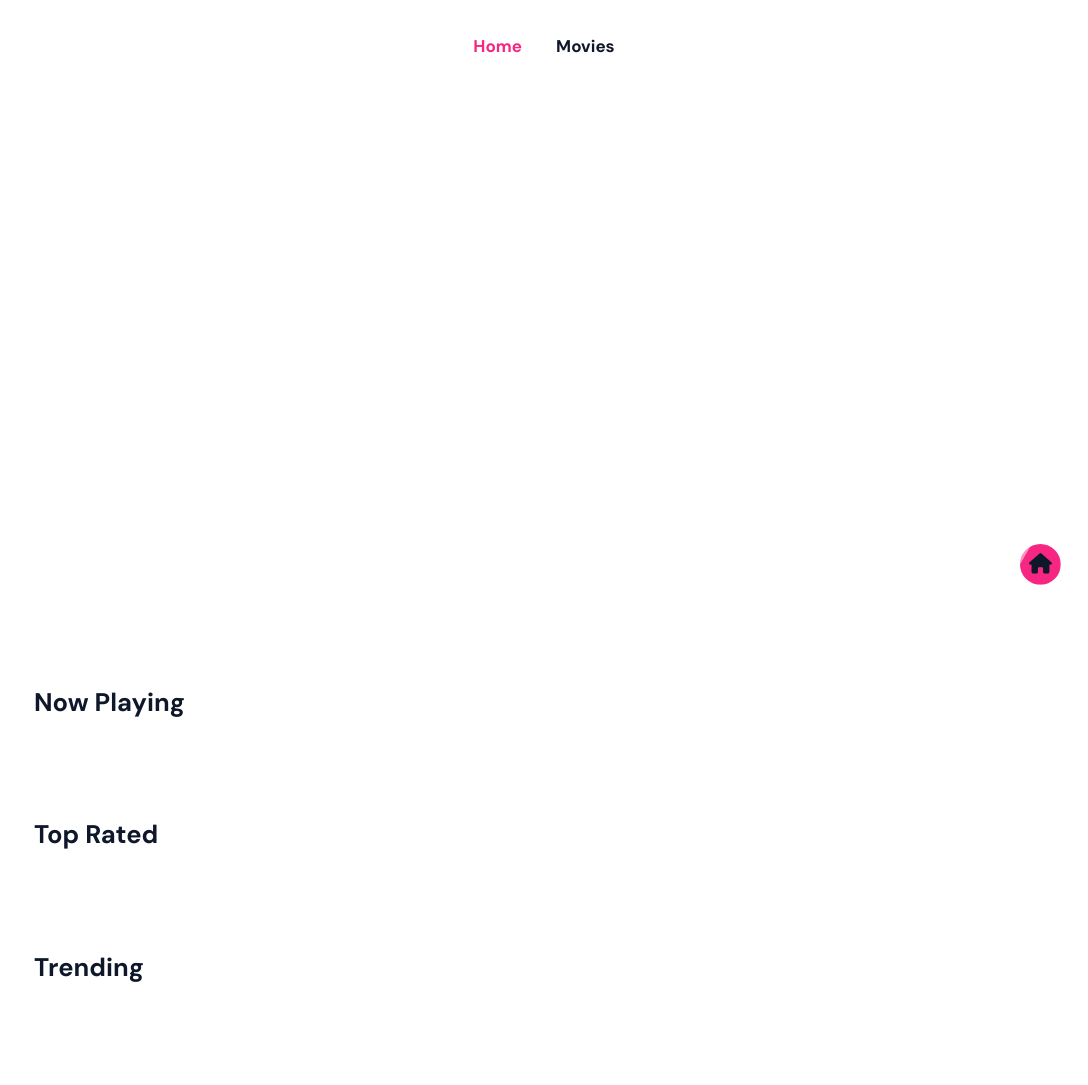
Repository: Linhyum/react-simple-movie
Page: /
The author's editor kept a copy of each file at every save. The page is drawn from the files as they stood at one save, then again after the next save.
The browser window is 1280 px wide. The pictures show the whole page, at 85% of full size.
The page's requests for data from a server got no answer. The project was rebuilt for these pictures with package versions that can differ from the ones it lists, and the page was loaded fresh each time. No one was signed in, and anything a server would have sent is missing. Also part of the build but not shown: src/components/button/Button.js, src/components/movie/MovieCard.js.

Above is the page before, as saved 2023-04-02 17:24:49.

### public/index.html
<!DOCTYPE html>
<html lang="en">
    <head>
        <meta charset="utf-8" />
        <link rel="icon" href="%PUBLIC_URL%/favicon.ico" />
        <meta name="viewport" content="width=device-width, initial-scale=1" />
        <meta name="theme-color" content="#000000" />
        <meta name="description" content="Web site created using create-react-app" />
        <link rel="apple-touch-icon" href="%PUBLIC_URL%/logo192.png" />
        <!--
      manifest.json provides metadata used when your web app is installed on a
      user's mobile device or desktop. See https://developers.google.com/web/fundamentals/web-app-manifest/
    -->
        <link rel="manifest" href="%PUBLIC_URL%/manifest.json" />
        <link
            rel="stylesheet"
            href="https://cdnjs.cloudflare.com/ajax/libs/font-awesome/6.4.0/css/all.min.css"
            integrity="sha512-iecdLmaskl7CVkqkXNQ/ZH/XLlvWZOJyj7Yy7tcenmpD1ypASozpmT/E0iPtmFIB46ZmdtAc9eNBvH0H/ZpiBw=="
            crossorigin="anonymous"
            referrerpolicy="no-referrer"
        />
        <!--
      Notice the use of %PUBLIC_URL% in the tags above.
      It will be replaced with the URL of the `public` folder during the build.
      Only files inside the `public` folder can be referenced from the HTML.

      Unlike "/favicon.ico" or "favicon.ico", "%PUBLIC_URL%/favicon.ico" will
      work correctly both with client-side routing and a non-root public URL.
      Learn how to configure a non-root public URL by running `npm run build`.
    -->
        <title>React App</title>
    </head>
    <body>
        <noscript>You need to enable JavaScript to run this app.</noscript>
        <div id="root"></div>
        <!--
      This HTML file is a template.
      If you open it directly in the browser, you will see an empty page.

      You can add webfonts, meta tags, or analytics to this file.
      The build step will place the bundled scripts into the <body> tag.

      To begin the development, run `npm start` or `yarn start`.
      To create a production bundle, use `npm run build` or `yarn build`.
    --></body>
</html>

### src/index.js
import React from "react";
import ReactDOM from "react-dom/client";
import "./index.scss";
import App from "./App";
import reportWebVitals from "./reportWebVitals";
import { BrowserRouter } from "react-router-dom";

const root = ReactDOM.createRoot(document.getElementById("root"));
root.render(
    <React.StrictMode>
        <BrowserRouter>
            <App />
        </BrowserRouter>
    </React.StrictMode>
);

// If you want to start measuring performance in your app, pass a function
// to log results (for example: reportWebVitals(console.log))
// or send to an analytics endpoint. Learn more: https://bit.ly/CRA-vitals
reportWebVitals();

### src/index.scss
@tailwind base;
@tailwind components;
@tailwind utilities;
@import url("https://fonts.googleapis.com/css2?family=DM+Sans:wght@400;500;700&display=swap");

@layer base {
    body {
        @apply bg-white font-body px-5 text-slate-900;
    }

    .pagination {
        display: flex;
        align-items: center;
        justify-content: center;
        column-gap: 30px;
        font-size: 22px;
        font-weight: 500;
    }

    .pagination .active {
        @apply text-primary;
    }

    @media (max-width: 639px) {
        .moive-page {
            @apply grid-cols-1;
        }
    }

    :root {
        --swiper-theme-color: #f62682 !important;
        --swiper-pagination-bullet-inactive-color: #aaa !important;
        --swiper-pagination-bullet-inactive-opacity: 1;
    }
    .swiper-button-prev,
    .swiper-button-next {
        position: absolute !important;
        top: 50% !important;
        width: 60px !important;
        height: 60px !important;
        margin-top: -12.5px !important;
        z-index: 10 !important;
        cursor: pointer !important;
        border-radius: 50% !important;
        background: rgb(204, 204, 204, 0.7) !important;
        transition: all 0.3s ease !important;
        display: flex;
        justify-content: center !important;
        align-items: center !important;
        font-weight: 700 !important;
    }

    .swiper-button-prev {
        left: 0;
    }

    .swiper-button-next {
        right: 0;
    }

    .swiper-button-prev:hover,
    .swiper-button-next:hover {
        background: rgb(204, 204, 204) !important;
    }
    .movie-list .swiper-pagination {
        display: none;
    }

    @media (max-width: 1023px) {
        .banner .swiper-pagination {
            display: none !important;
        }
    }

    /* Tạo thanh cuộn */
    body::-webkit-scrollbar {
        width: 10px;
    }

    /* Tạo màu nền cho thanh cuộn */
    body::-webkit-scrollbar-track {
        background-color: #eee;
    }

    /* Tạo màu cho thanh cuộn */
    body::-webkit-scrollbar-thumb {
        background-color: #f62682;
        border-radius: 5px;
    }
    button {
        position: relative;
        overflow: hidden;
        transition: all 0.3s ease-in-out;
    }

    button:before {
        content: "";
        position: absolute;
        top: 0;
        left: -100%;
        width: 100%;
        height: 100%;
        background-color: rgba(255, 255, 255, 0.5);
        transform: skewX(-30deg);
        transition: all 0.3s ease-in-out;
    }

    button:hover:before {
        left: 0;
    }

    button:hover {
        @apply bg-blue-600;
    }
    button:hover div {
        @apply text-blue-600;
    }
    button div {
        transition: all 0.3s ease-in-out;
    }
}

@layer components {
    .page-container {
        max-width: 1200px;
        @apply mx-auto;
    }
    .movie-list .swiper-slide {
        width: 270px;
    }
    .banner .swiper {
        height: 100%;
    }
    .trailer iframe {
        width: 100%;
        height: 100%;
    }
}

### src/App.js
import { Route, Routes } from "react-router-dom";
import Main from "./components/layout/Main";
// import HomePage from "./pages/HomePage";
// import MovieDetailsPage from "./pages/MovieDetailsPage";
// import MoviePage from "./pages/MoviePage";
import { lazy, Suspense } from "react";

const HomePage = lazy(() => import("./pages/HomePage"));
const MoviePage = lazy(() => import("./pages/MoviePage"));
const MovieDetailsPage = lazy(() => import("./pages/MovieDetailsPage"));

function App() {
    return (
        <Suspense fallback={<></>}>
            <Routes>
                <Route element={<Main></Main>}>
                    <Route path="/" element={<HomePage></HomePage>}></Route>
                    <Route path="/movies" element={<MoviePage></MoviePage>}></Route>
                    <Route
                        path="/movies/:slug"
                        element={<MovieDetailsPage></MovieDetailsPage>}
                    ></Route>
                </Route>
            </Routes>
        </Suspense>
    );
}

export default App;

### src/components/layout/Main.js
import React from "react";
import Header from "./Header";
import { Outlet } from "react-router-dom";
const Main = () => {
    return (
        <>
            <Header></Header>
            <Outlet></Outlet>
        </>
    );
};

export default Main;

### src/pages/HomePage.js
import React from "react";
import Banner from "../components/banner/Banner";
import MovieList from "../components/movie/MovieList";

const HomePage = () => {
    return (
        <>
            <Banner></Banner>
            <section className="movies-layout page-container pb-20">
                <h2 className="capitalize  mb-10 text-3xl font-bold">Now playing</h2>
                <MovieList type={"now_playing"}></MovieList>
            </section>

            <section className="movies-layout page-container pb-20">
                <h2 className="capitalize  mb-10 text-3xl font-bold">Top Rated</h2>
                <MovieList type={"top_rated"}></MovieList>
            </section>

            <section className="movies-layout page-container pb-20">
                <h2 className="capitalize  mb-10 text-3xl font-bold">Trending</h2>
                <MovieList type={"popular"}></MovieList>
            </section>
        </>
    );
};

export default HomePage;

### src/components/layout/Header.js
import React from "react";
import { NavLink } from "react-router-dom";

const Header = () => {
    const active = ({ isActive }) => isActive && "text-primary";
    const handleClick = () => {
        window.scrollTo({ top: 0, behavior: "smooth" });
    };
    return (
        <>
            <header className="header text-xl font-semibold flex items-center justify-center gap-x-10  py-10 mb-5">
                <NavLink to={"/"} className={active}>
                    Home
                </NavLink>
                <NavLink to={"/movies"} className={active}>
                    Movies
                </NavLink>
            </header>
            <button
                className="fixed z-50 bottom-8 right-8  w-12 h-12 rounded-full bg-primary text-2xl"
                onClick={handleClick}
            >
                <i class="fa-solid fa-house"></i>
            </button>
        </>
    );
};

export default Header;

### src/components/banner/Banner.js
import React from "react";
import useSWR from "swr";
import { SwiperSlide, Swiper } from "swiper/react";
import "swiper/scss";
import { fetcher, getImg, getMovieList } from "../../config";
import { useNavigate } from "react-router-dom";
import SwiperCore, { Navigation, Pagination, Autoplay } from "swiper";
import "swiper/swiper-bundle.css";
SwiperCore.use([Navigation, Pagination, Autoplay]);
const Banner = () => {
    const { data } = useSWR(getMovieList("upcoming"), fetcher);
    const banners = data?.results || [];
    return (
        <section className="banner h-[600px] page-container mb-20 ">
            <Swiper
                navigation={{ prevEl: ".swiper-button-prev", nextEl: ".swiper-button-next" }}
                autoplay={{ delay: 5000, disableOnInteraction: false }}
                pagination={{ clickable: true }}
                slidesPerView={1}
            >
                {banners.length > 0 &&
                    banners.map((item) => (
                        <SwiperSlide key={item.id}>
                            <BannerItem info={item}></BannerItem>
                        </SwiperSlide>
                    ))}
                <div className="swiper-button-prev"></div>
                <div className="swiper-button-next"></div>
            </Swiper>
        </section>
    );
};

const BannerItem = ({ info }) => {
    const navigate = useNavigate();
    return (
        <div className="w-full h-full rounded-lg relative">
            <div className="overlay absolute inset-0 bg-gradient-to-t from-[rgba(0,0,0,0.7)] to-[rgba(0,0,0,0.2)] rounded-lg"></div>
            <img
                src={getImg(info.poster_path)}
                alt=""
                className="w-full h-full object-cover rounded-lg"
            />
            <div className="absolute left-5 bottom-5 w-full ">
                <h2 className="font-bold text-3xl mb-5">{info.title}</h2>
                <div className="flex items-center gap-x-3 mb-8">
                    <span className="cursor-pointer py-2 px-4 border border-white rounded-md">
                        Adventure
                    </span>
                    <span className="cursor-pointer py-2 px-4 border border-white rounded-md">
                        Adventure
                    </span>
                    <span className="cursor-pointer py-2 px-4 border border-white rounded-md">
                        Adventure
                    </span>
                </div>
                <button
                    onClick={() => navigate(`/movies/${info.id}`)}
                    className="py-3 flex items-center justify-center gap-x-3 px-6 rounded-lg bg-primary text-xl  font-bold"
                >
                    <span>Watch Now</span>
                    <div className="w-10 h-10 rounded-full bg-white text-primary flex items-center justify-center">
                        <i class="fa-solid fa-play"></i>
                    </div>
                </button>
            </div>
        </div>
    );
};

export default Banner;

### src/components/movie/MovieList.js
import React from "react";
import { SwiperSlide, Swiper } from "swiper/react";
import "swiper/scss";
import useSWR from "swr";
import { fetcher, getMovieList } from "../../config";
import MovieCard from "./MovieCard";
import SwiperCore, { Navigation, Pagination, Autoplay } from "swiper";
import "swiper/swiper-bundle.css";
SwiperCore.use([Navigation, Pagination, Autoplay]);
//https://api.themoviedb.org/3/movie/now_playing?api_key=<<api_key>>
//https://api.themoviedb.org/3/movie/popular?api_key=<<api_key>>
//https://api.themoviedb.org/3/movie/top_rated?api_key=<<api_key>>
let slidesPerView = 0;
const MovieList = ({ type }) => {
    const { data } = useSWR(getMovieList(type), fetcher);
    const movies = data?.results || [];
    return (
        <div className="movie-list">
            <Swiper
                navigation={{ prevEl: ".swiper-button-prev", nextEl: ".swiper-button-next" }}
                spaceBetween={30}
                slidesPerView={slidesPerView}
                grabCursor={true}
                breakpoints={{
                    0: {
                        slidesPerView: 1,
                        spaceBetween: 0,
                    },
                    640: {
                        slidesPerView: 2,
                        spaceBetween: 20,
                    },
                    768: {
                        slidesPerView: 3,
                        spaceBetween: 20,
                    },
                    1024: {
                        slidesPerView: 4,
                        spaceBetween: 30,
                    },
                    1280: {
                        slidesPerView: 4,
                        spaceBetween: 30,
                    },
                    1536: {
                        slidesPerView: 5,
                        spaceBetween: 40,
                    },
                }}
            >
                {movies.length > 0 &&
                    movies.map((item) => (
                        <SwiperSlide key={item.id}>
                            <MovieCard info={item}></MovieCard>
                        </SwiperSlide>
                    ))}
                <div className="swiper-button-prev"></div>
                <div className="swiper-button-next"></div>
            </Swiper>
        </div>
    );
};

export default MovieList;

### src/config.js
const fetcher = (...args) => fetch(...args).then((res) => res.json());
const getMovieList = (type1 = "", type2 = "", type3 = "") =>
    `https://api.themoviedb.org/3${type3}/movie/${type1}${type2}?api_key=9e4dcf244e30611641c2a44c752a2353`;
const getImg = (type) => `https://image.tmdb.org/t/p/original${type}`;
export { fetcher, getMovieList, getImg };

### tailwind.config.js
/** @type {import('tailwindcss').Config} */
module.exports = {
    content: ["./src/**/*.{js,jsx,ts,tsx}"],
    theme: {
        extend: {
            fontFamily: {
                body: ["DM Sans", "sans-serif"],
            },
            colors: {
                primary: "#f62682",
            },
        },
    },
    plugins: [],
};

Loaded but not shown: src/reportWebVitals.js (common file)

After the next save:
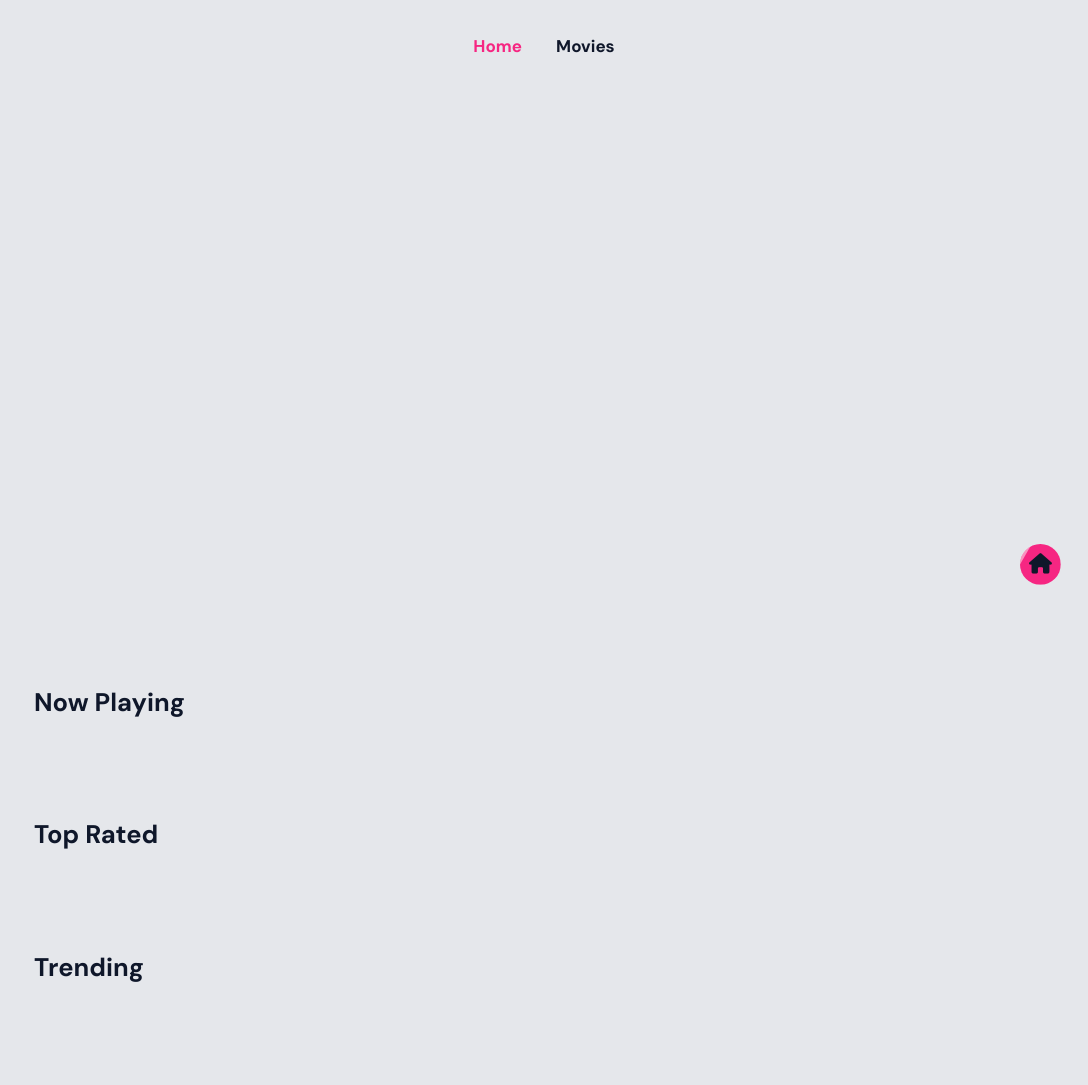
Saved 23 s later.
--- a/src/index.scss
+++ b/src/index.scss
@@ -5,7 +5,7 @@
 
 @layer base {
     body {
-        @apply bg-white font-body px-5 text-slate-900;
+        @apply bg-gray-200 font-body px-5 text-slate-900;
     }
 
     .pagination {

After the save that followed:
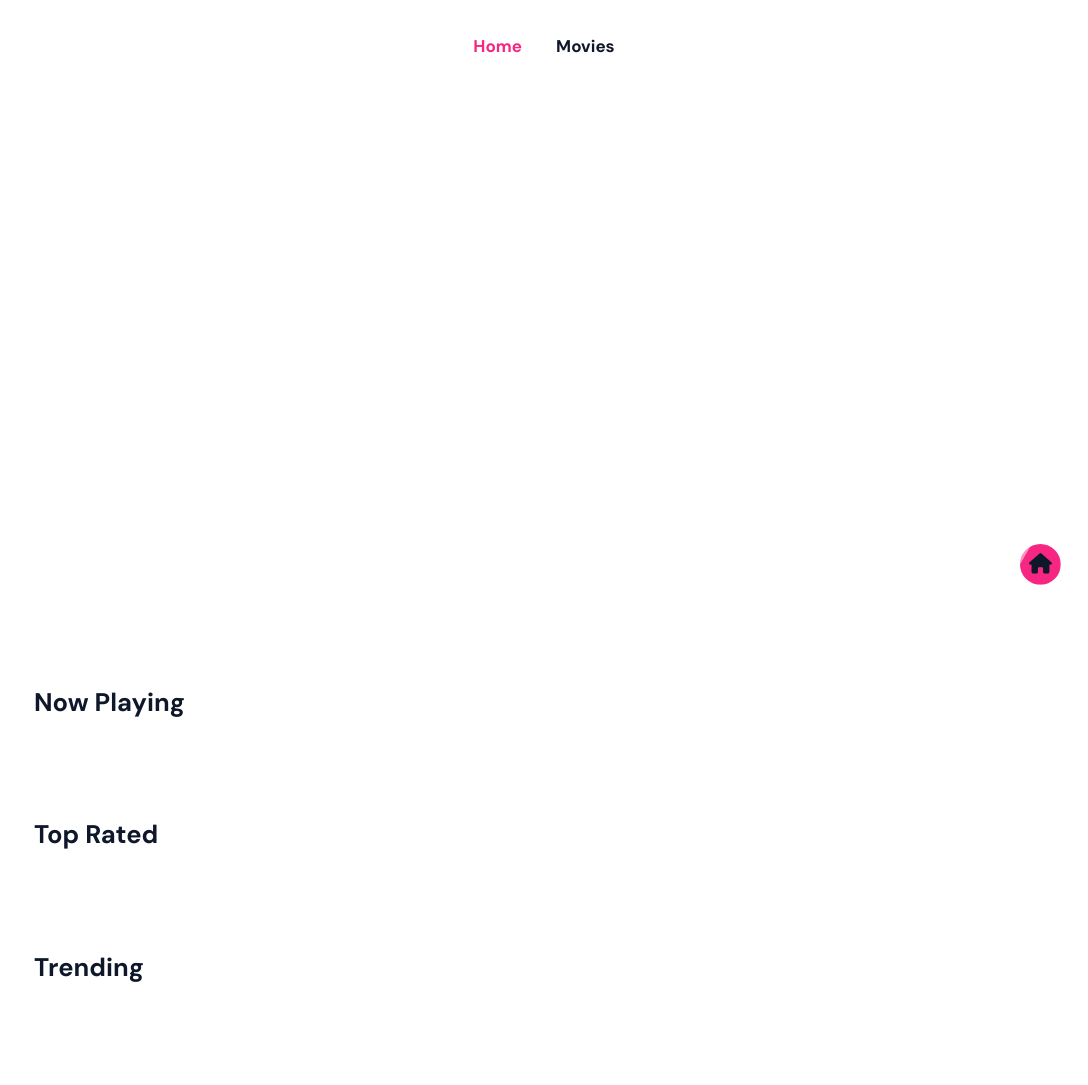
Saved 4 s later.
--- a/src/index.scss
+++ b/src/index.scss
@@ -5,7 +5,7 @@
 
 @layer base {
     body {
-        @apply bg-gray-200 font-body px-5 text-slate-900;
+        @apply bg-white font-body px-5 text-slate-900;
     }
 
     .pagination {
